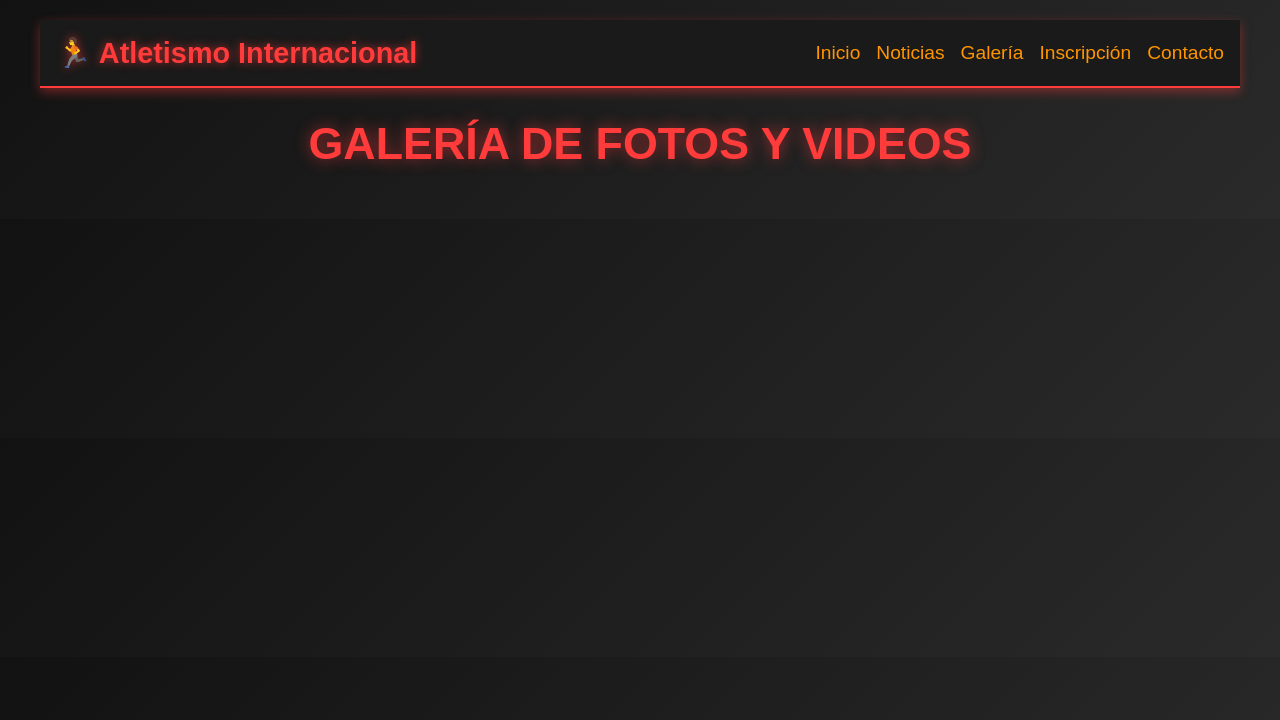
Repository: demoniers/web-meeting
Page: /galeria
The author's editor kept a copy of each file at every save. The page is drawn from the files as they stood at one save, then again after the next save.
The browser window is 1280 px wide. The pictures show the whole page.
The page's requests for data from a server got no answer. The project was rebuilt for these pictures with package versions that can differ from the ones it lists, and the page was loaded fresh each time. No one was signed in, and anything a server would have sent is missing. Also part of the build but not shown: vite.config.js, src/pages/Home.jsx, src/pages/Noticias.jsx, src/pages/Inscripcion.jsx, src/pages/Login.jsx, src/pages/Register.jsx, src/styles/adminPanel.module.css, src/pages/Panel.jsx.

Above is the page before, as saved 2025-05-08 12:59:52.

After the next save:
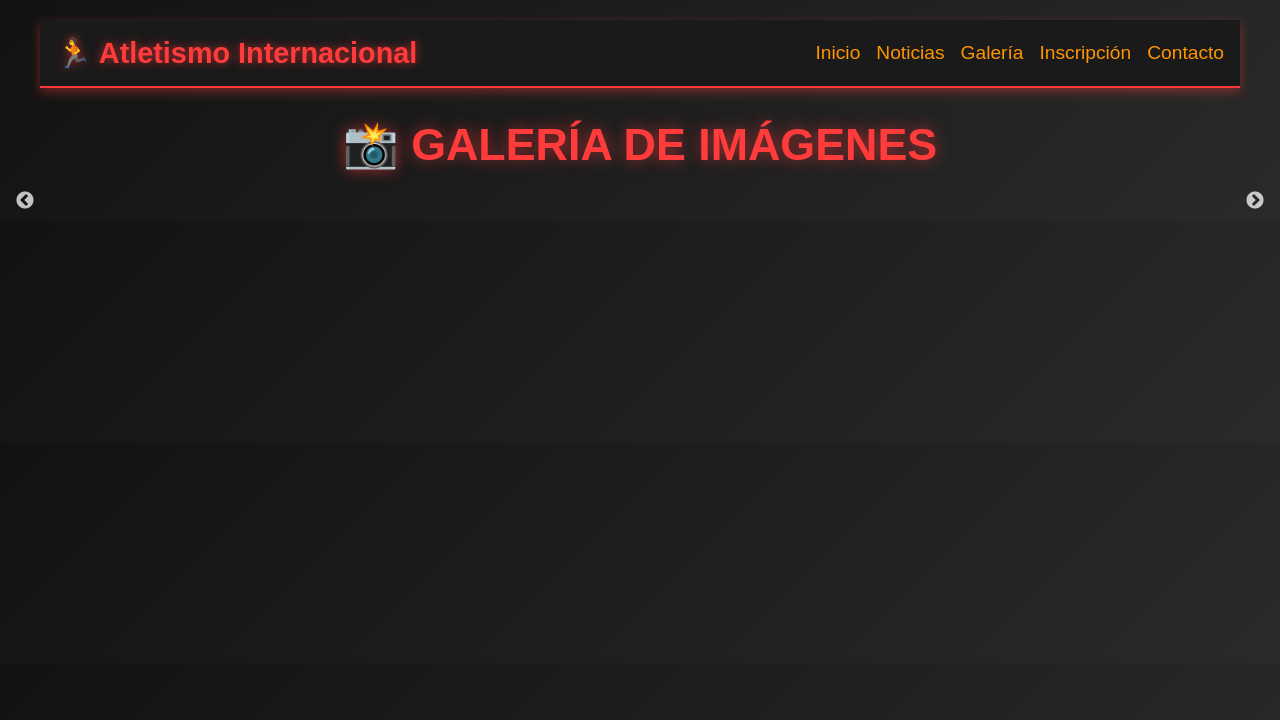
Saved 12 min 34 s later.
--- a/src/pages/Galeria.jsx
+++ b/src/pages/Galeria.jsx
@@ -1,29 +1,37 @@
 import { useEffect, useState } from "react";
+import Slider from "react-slick";
+import "slick-carousel/slick/slick.css";
+import "slick-carousel/slick/slick-theme.css";
 
 export default function Galeria() {
-  const [archivos, setArchivos] = useState([]);
+  const [images, setImages] = useState([]);
 
   useEffect(() => {
     fetch("http://localhost:5000/galeria")
       .then((res) => res.json())
-      .then((data) => setArchivos(data));
+      .then((data) => setImages(data));
   }, []);
+
+  const settings = {
+    dots: true,
+    infinite: true,
+    speed: 500,
+    slidesToShow: 3,
+    slidesToScroll: 1,
+    autoplay: true,
+    autoplaySpeed: 3000,
+  };
 
   return (
     <div className="p-6">
-      <h1 className="text-green-400 text-3xl font-bold">Galería de Fotos y Videos</h1>
-      <div className="grid grid-cols-2 gap-4 mt-4">
-        {archivos.map((archivo) => (
-          <div key={archivo.id} className="border p-4">
-            {archivo.tipo === "imagen" ? (
-              <img src={archivo.archivo} alt={archivo.titulo} className="w-full" />
-            ) : (
-              <video src={archivo.archivo} controls className="w-full" />
-            )}
-            <p className="text-gray-300">{archivo.titulo}</p>
+      <h1 className="text-red-400 text-3xl font-bold">📸 Galería de Imágenes</h1>
+      <Slider {...settings}>
+        {images.map((image) => (
+          <div key={image.id}>
+            <img src={image.archivo} className="w-full rounded-lg shadow-lg" alt="Imagen de galería" />
           </div>
         ))}
-      </div>
+      </Slider>
     </div>
   );
 }
